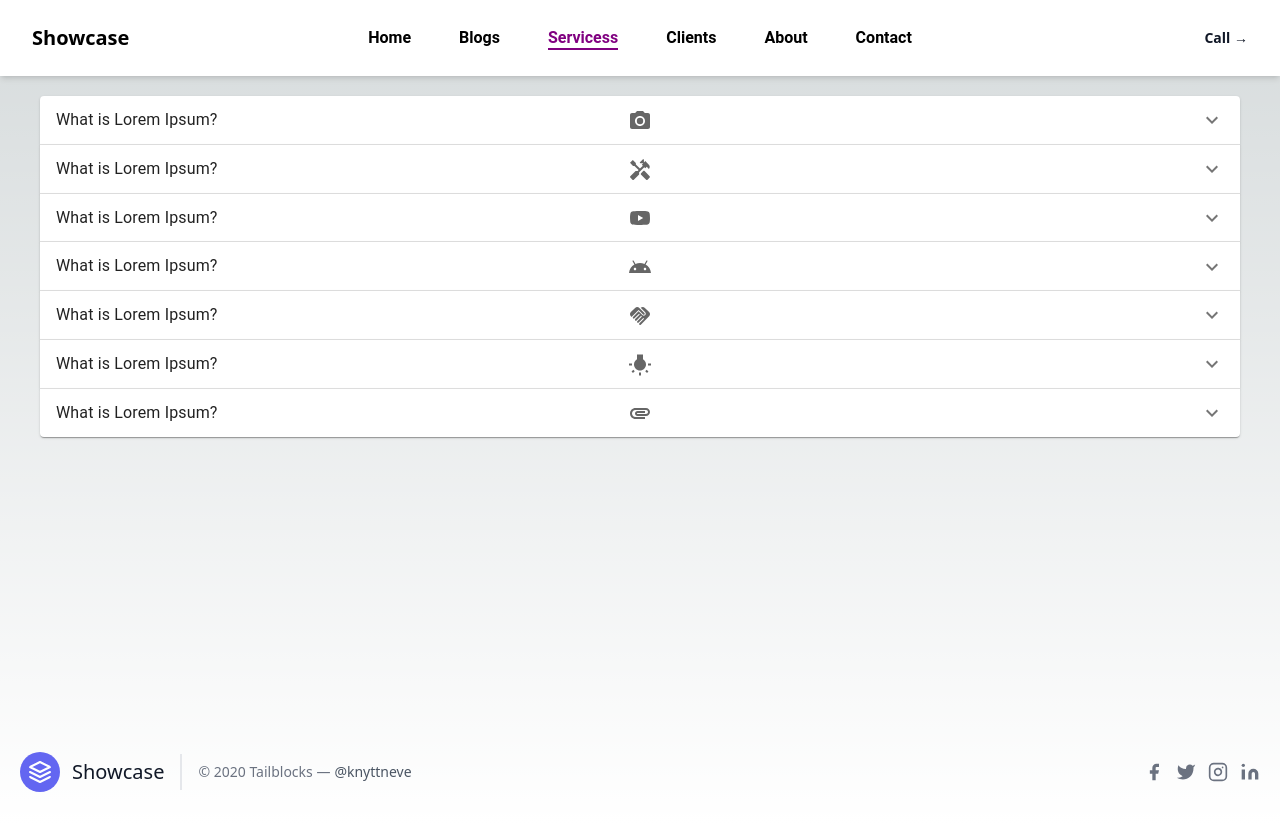
Repository: prashant523580/showcase
Page: /services
An editor plug-in stored every save of this project. The page is shown before and after the next save, followed by the edit.
The browser window is 1280 px wide. The pictures show the whole page.
The project was rebuilt for these pictures with package versions that can differ from the ones it lists, and the page was loaded fresh each time. The framework's server and built-in components were replaced by stand-ins that run in the browser. Also part of the build but not shown: next.config.js.

Above is the page before, as saved 2023-03-25 18:13:36.

### src/pages/_app.tsx
import Footer from '@/components/Footer'
import Navbar from '@/components/Navbar'
import React from "react";
import '@/styles/globals.css'
import type { AppProps } from 'next/app'
import AOS from "aos";
import "aos/dist/aos.css"
export default function App({ Component, pageProps }: AppProps) {
  React.useEffect(()=>{
      AOS.init()
  },[])
  return(
<>
    <Navbar/>
    <Component {...pageProps} />
    <Footer/>
</>
    )
}

### src/pages/services.tsx
import * as React from 'react';
import Accordion from '@mui/material/Accordion';
import AccordionDetails from '@mui/material/AccordionDetails';
import AccordionSummary from '@mui/material/AccordionSummary';
import Typography from '@mui/material/Typography';
import ExpandMoreIcon from '@mui/icons-material/ExpandMore';
import CameraAltIcon from '@mui/icons-material/CameraAlt';
import YouTubeIcon from '@mui/icons-material/YouTube';
import HandymanIcon from '@mui/icons-material/Handyman';
import AndroidIcon from '@mui/icons-material/Android';
import WbIncandescentIcon from '@mui/icons-material/WbIncandescent';
import HandshakeIcon from '@mui/icons-material/Handshake';
import AttachmentIcon from '@mui/icons-material/Attachment';
import htmlParser from "react-html-parser"
const services = [
    {
        id:"1",
        label: "What is Lorem Ipsum?",
        icon: <CameraAltIcon/>,
        description:"Lorem Ipsum is simply dummy text of the printing and typesetting industry. Lorem Ipsum has been the industry&apos;s standard dummy text ever since the 1500s, when an unknown printer took a galley of type and scrambled it to make a type specimen book. It has survived not only five centuries, but also the leap into electronic typesetting, remaining essentially unchanged. It was popularised in the 1960s with the release of Letraset sheets containing Lorem Ipsum passages, and more recently with desktop publishing software like Aldus PageMaker including versions of Lorem Ipsum."
    },
    {
        id:"2",
        label: "What is Lorem Ipsum?",
        icon:<HandymanIcon/>,
        description:"Lorem Ipsum is simply dummy text of the printing and typesetting industry. Lorem Ipsum has been the industry&apos;s standard dummy text ever since the 1500s, when an unknown printer took a galley of type and scrambled it to make a type specimen book. It has survived not only five centuries, but also the leap into electronic typesetting, remaining essentially unchanged. It was popularised in the 1960s with the release of Letraset sheets containing Lorem Ipsum passages, and more recently with desktop publishing software like Aldus PageMaker including versions of Lorem Ipsum."
    },
    {
        id:"3",
        label: "What is Lorem Ipsum?",
        icon:<YouTubeIcon/>,
        description:"Lorem Ipsum is simply dummy text of the printing and typesetting industry. Lorem Ipsum has been the industry&apos;s standard dummy text ever since the 1500s, when an unknown printer took a galley of type and scrambled it to make a type specimen book. It has survived not only five centuries, but also the leap into electronic typesetting, remaining essentially unchanged. It was popularised in the 1960s with the release of Letraset sheets containing Lorem Ipsum passages, and more recently with desktop publishing software like Aldus PageMaker including versions of Lorem Ipsum."
    },
    {
        id:"4",
        label: "What is Lorem Ipsum?",
        icon:<AndroidIcon/>,
        description:"Lorem Ipsum is simply dummy text of the printing and typesetting industry. Lorem Ipsum has been the industry&apos;s standard dummy text ever since the 1500s, when an unknown printer took a galley of type and scrambled it to make a type specimen book. It has survived not only five centuries, but also the leap into electronic typesetting, remaining essentially unchanged. It was popularised in the 1960s with the release of Letraset sheets containing Lorem Ipsum passages, and more recently with desktop publishing software like Aldus PageMaker including versions of Lorem Ipsum."
    },
    {
        id:"5",
        label: "What is Lorem Ipsum?",
        icon:<HandshakeIcon/>,
        description:"Lorem Ipsum is simply dummy text of the printing and typesetting industry. Lorem Ipsum has been the industry&apos;s standard dummy text ever since the 1500s, when an unknown printer took a galley of type and scrambled it to make a type specimen book. It has survived not only five centuries, but also the leap into electronic typesetting, remaining essentially unchanged. It was popularised in the 1960s with the release of Letraset sheets containing Lorem Ipsum passages, and more recently with desktop publishing software like Aldus PageMaker including versions of Lorem Ipsum."
    },
    {
        id:"6",
        label: "What is Lorem Ipsum?",
        icon:<WbIncandescentIcon/>,
        description:"Lorem Ipsum is simply dummy text of the printing and typesetting industry. Lorem Ipsum has been the industry&apos;s standard dummy text ever since the 1500s, when an unknown printer took a galley of type and scrambled it to make a type specimen book. It has survived not only five centuries, but also the leap into electronic typesetting, remaining essentially unchanged. It was popularised in the 1960s with the release of Letraset sheets containing Lorem Ipsum passages, and more recently with desktop publishing software like Aldus PageMaker including versions of Lorem Ipsum."
    },
    {
        id:"7",
        label: "What is Lorem Ipsum?",
        icon:<AttachmentIcon/>,
        description:"Lorem Ipsum is simply dummy text of the printing and typesetting industry. Lorem Ipsum has been the industry&apos;s standard dummy text ever since the 1500s, when an unknown printer took a galley of type and scrambled it to make a type specimen book. It has survived not only five centuries, but also the leap into electronic typesetting, remaining essentially unchanged. It was popularised in the 1960s with the release of Letraset sheets containing Lorem Ipsum passages, and more recently with desktop publishing software like Aldus PageMaker including versions of Lorem Ipsum."
    },
]
export default function Sercices() {
  const [expanded, setExpanded] = React.useState<string | false>(false);

  const handleChange =
    (panel: string) => (event: React.SyntheticEvent, isExpanded: boolean) => {
      setExpanded(isExpanded ? panel : false);
    };

  return (
    <div className='py-24 px-10 h-[100vh]'>
        {
            services.map((service,ind) => {
                return(

                <Accordion expanded={expanded === `panel${ind}`} onChange={handleChange(`panel${ind}`)}>
                    <AccordionSummary
                    expandIcon={<ExpandMoreIcon />}
                    aria-controls="panel1bh-content"
                    id="panel1bh-header"
                    >
                    <Typography sx={{ width: '50%', flexShrink: 0 }}>
                        {service.label}
                    </Typography>
                    <Typography sx={{ color: 'text.secondary' }}>{service.icon}</Typography>
                    </AccordionSummary>
                    <AccordionDetails>
                    <Typography>
                       {htmlParser(service.description)}
                    </Typography>
                    </AccordionDetails>
                </Accordion>
                )
            })
        }

    </div>
  );
}

### src/components/Footer.tsx
import React from 'react'

export default function Footer() {
  return (
    <footer className="text-gray-600 body-font">
  <div className="container px-5 py-8 mx-auto flex items-center sm:flex-row flex-col">
    <a className="flex title-font font-medium items-center md:justify-start justify-center text-gray-900">
      <svg xmlns="http://www.w3.org/2000/svg" fill="none" stroke="currentColor" stroke-linecap="round" stroke-linejoin="round" stroke-width="2" className="w-10 h-10 text-white p-2 bg-indigo-500 rounded-full" viewBox="0 0 24 24">
        <path d="M12 2L2 7l10 5 10-5-10-5zM2 17l10 5 10-5M2 12l10 5 10-5"></path>
      </svg>
      <span className="ml-3 text-xl">Showcase</span>
    </a>
    <p className="text-sm text-gray-500 sm:ml-4 sm:pl-4 sm:border-l-2 sm:border-gray-200 sm:py-2 sm:mt-0 mt-4">© 2020 Tailblocks —
      <a href="https://twitter.com/knyttneve" className="text-gray-600 ml-1" rel="noopener noreferrer" target="_blank">@knyttneve</a>
    </p>
    <span className="inline-flex sm:ml-auto sm:mt-0 mt-4 justify-center sm:justify-start">
      <a className="text-gray-500">
        <svg fill="currentColor" stroke-linecap="round" stroke-linejoin="round" stroke-width="2" className="w-5 h-5" viewBox="0 0 24 24">
          <path d="M18 2h-3a5 5 0 00-5 5v3H7v4h3v8h4v-8h3l1-4h-4V7a1 1 0 011-1h3z"></path>
        </svg>
      </a>
      <a className="ml-3 text-gray-500">
        <svg fill="currentColor" stroke-linecap="round" stroke-linejoin="round" stroke-width="2" className="w-5 h-5" viewBox="0 0 24 24">
          <path d="M23 3a10.9 10.9 0 01-3.14 1.53 4.48 4.48 0 00-7.86 3v1A10.66 10.66 0 013 4s-4 9 5 13a11.64 11.64 0 01-7 2c9 5 20 0 20-11.5a4.5 4.5 0 00-.08-.83A7.72 7.72 0 0023 3z"></path>
        </svg>
      </a>
      <a className="ml-3 text-gray-500">
        <svg fill="none" stroke="currentColor" stroke-linecap="round" stroke-linejoin="round" stroke-width="2" className="w-5 h-5" viewBox="0 0 24 24">
          <rect width="20" height="20" x="2" y="2" rx="5" ry="5"></rect>
          <path d="M16 11.37A4 4 0 1112.63 8 4 4 0 0116 11.37zm1.5-4.87h.01"></path>
        </svg>
      </a>
      <a className="ml-3 text-gray-500">
        <svg fill="currentColor" stroke="currentColor" stroke-linecap="round" stroke-linejoin="round" stroke-width="0" className="w-5 h-5" viewBox="0 0 24 24">
          <path stroke="none" d="M16 8a6 6 0 016 6v7h-4v-7a2 2 0 00-2-2 2 2 0 00-2 2v7h-4v-7a6 6 0 016-6zM2 9h4v12H2z"></path>
          <circle cx="4" cy="4" r="2" stroke="none"></circle>
        </svg>
      </a>
    </span>
  </div>
</footer>
  )
}

### src/components/Navbar.tsx
// import React from 'react'

// export default function Navbar() {
//   return (
//     <header className="text-gray-600 body-font">
//   <div className="container mx-auto flex flex-wrap p-5 flex-col md:flex-row items-center">
//     <nav className="flex lg:w-2/5 flex-wrap items-center text-base md:ml-auto">
//       <a className="mr-5 hover:text-gray-900">First Link</a>
//       <a className="mr-5 hover:text-gray-900">Second Link</a>
//       <a className="mr-5 hover:text-gray-900">Third Link</a>
//       <a className="hover:text-gray-900">Fourth Link</a>
//     </nav>
//     <a className="flex order-first lg:order-none lg:w-1/5 title-font font-medium items-center text-gray-900 lg:items-center lg:justify-center mb-4 md:mb-0">
//       <svg xmlns="http://www.w3.org/2000/svg" fill="none" stroke="currentColor" stroke-linecap="round" stroke-linejoin="round" stroke-width="2" className="w-10 h-10 text-white p-2 bg-indigo-500 rounded-full" viewBox="0 0 24 24">
//         <path d="M12 2L2 7l10 5 10-5-10-5zM2 17l10 5 10-5M2 12l10 5 10-5"></path>
//       </svg>
//       <span className="ml-3 text-xl">Tailblocks</span>
//     </a>
//     <div className="lg:w-2/5 inline-flex lg:justify-end ml-5 lg:ml-0">
//       <button className="inline-flex items-center bg-gray-100 border-0 py-1 px-3 focus:outline-none hover:bg-gray-200 rounded text-base mt-4 md:mt-0">Button
//         <svg fill="none" stroke="currentColor" stroke-linecap="round" stroke-linejoin="round" stroke-width="2" className="w-4 h-4 ml-1" viewBox="0 0 24 24">
//           <path d="M5 12h14M12 5l7 7-7 7"></path>
//         </svg>
//       </button>
//     </div>
//   </div>
// </header>
//   )
// }
import React, { useState } from 'react'
import {useRouter} from "next/router"
import { Dialog } from '@headlessui/react'
import { Bars3Icon, XMarkIcon } from '@heroicons/react/24/outline'
import Link from 'next/link'

const navigation = [
  { name: 'Home', href: '/' },
  { name: 'Blogs', href: '/blogs' },
  { name: 'Servicess', href: '/services' },
  { name: 'Clients', href: '/clients' },
  { name: 'About', href: '/about' },
  { name: 'Contact', href: '/contact' },
]
function ActiveLink({ children, href } : any) {
  const router = useRouter();
  const style = {
      // padding: 10,
    // marginRight: 10,
    fontWeight:"bold",
    color: router.asPath === href ? 'purple' : 'black',
    boxShadow:  router.asPath === href ? "inset 0 -2px 0 0 purple" : "none",
    fontFamily: "'Roboto', sans-serif",
  }

  const handleClick = (e : any) => {
    e.preventDefault()
    router.push(href)
  }

  return (
    <a href={href} onClick={handleClick} style={style}>
      {children}
    </a>
  )
}
export default function Example() {
  const [mobileMenuOpen, setMobileMenuOpen] = useState(false)

  return (
    <div className="bg-white">
      <header className="absolute shadow-md bg-white inset-x-0 top-0 z-50">
        <nav className="flex items-center justify-between p-6 lg:px-8" aria-label="Global">
          <div className="flex lg:flex-1">
            <Link href="/" className="-m-1.5 p-1.5">
              <span className="sr-only">Showcase</span>
              {/* <img
                className="h-8 w-auto"
                src="https://tailwindui.com/img/logos/mark.svg?color=indigo&shade=600"
                alt=""
              /> */}
              <h1 className='font-bold text-xl'>Showcase</h1>
            </Link>
          </div>
          <div className="flex lg:hidden">
            <button
              type="button"
              className="-m-2.5 inline-flex items-center justify-center rounded-md p-2.5 text-gray-700"
              onClick={() => setMobileMenuOpen(true)}
            >
              <span className="sr-only">Open main menu</span>
              <Bars3Icon className="h-6 w-6" aria-hidden="true" />
            </button>
          </div>
          <div className="hidden lg:flex lg:gap-x-12">
            {navigation.map((item) => (
              <ActiveLink key={item.name} href={item.href}>
                {item.name}
              </ActiveLink>
            ))}
          </div>
          <div className="hidden lg:flex lg:flex-1 lg:justify-end">
            <Link href="tel:+9779816514719" className="text-sm font-semibold leading-6 text-gray-900">
              Call <span aria-hidden="true">&rarr;</span>
            </Link>
          </div>
        </nav>
        <Dialog as="div" className="lg:hidden transition-all" open={mobileMenuOpen} onClose={setMobileMenuOpen}>
          <div className="fixed inset-0 z-50  transition-all" />
          <Dialog.Panel className="fixed transition-all inset-y-0 right-0 z-50 w-full overflow-y-auto bg-white px-6 py-6 sm:max-w-sm sm:ring-1 sm:ring-gray-900/10">
            <div className="flex items-center justify-between">
              <Link href="#" className="-m-1.5 p-1.5">
                <span className="sr-only">Showcase</span>
                <img
                  className="h-8 w-auto"
                  src="https://tailwindui.com/img/logos/mark.svg?color=indigo&shade=600"
                  alt=""
                />
              </Link>
              <button
                type="button"
                className="-m-2.5 rounded-md p-2.5 text-gray-700"
                onClick={() => setMobileMenuOpen(false)}
              >
                <span className="sr-only">Close menu</span>
                <XMarkIcon className="h-6 w-6" aria-hidden="true" />
              </button>
            </div>
            <div className="mt-6 flow-root">
              <div className="-my-6 divide-y divide-gray-500/10">
                <div className="space-y-2 py-6">
                  {navigation.map((item) => (
                    <Link
                      key={item.name}
                      href={item.href}
                      className="-mx-3 block rounded-lg py-2 px-3 text-base font-semibold leading-7 text-gray-900 hover:bg-gray-50"
                    >
                      {item.name}
                    </Link>
                  ))}
                </div>
                <div className="py-6">
                  <Link
                    href="#"
                    className="-mx-3 block rounded-lg py-2.5 px-3 text-base font-semibold leading-7 text-gray-900 hover:bg-gray-50"
                  >
                    Log in
                  </Link>
                </div>
              </div>
            </div>
          </Dialog.Panel>
        </Dialog>
      </header>


    </div>
  )
}

### src/styles/globals.css
@tailwind base;
@tailwind components;
@tailwind utilities;
@import url('https://fonts.googleapis.com/css2?family=Aclonica&family=Caveat&family=DM+Serif+Text&family=Oswald&family=Roboto&family=Vollkorn&display=swap');

:root {
  --max-width: 1100px;
  --border-radius: 12px;
  --font-mono: ui-monospace, Menlo, Monaco, 'Cascadia Mono', 'Segoe UI Mono',
    'Roboto Mono', 'Oxygen Mono', 'Ubuntu Monospace', 'Source Code Pro',
    'Fira Mono', 'Droid Sans Mono', 'Courier New', monospace;

  --foreground-rgb: 0, 0, 0;
  --background-start-rgb: 214, 219, 220;
  --background-end-rgb: 255, 255, 255;

  --primary-glow: conic-gradient(
    from 180deg at 50% 50%,
    #16abff33 0deg,
    #0885ff33 55deg,
    #54d6ff33 120deg,
    #0071ff33 160deg,
    transparent 360deg
  );
  --secondary-glow: radial-gradient(
    rgba(255, 255, 255, 1),
    rgba(255, 255, 255, 0)
  );

  --tile-start-rgb: 239, 245, 249;
  --tile-end-rgb: 228, 232, 233;
  --tile-border: conic-gradient(
    #00000080,
    #00000040,
    #00000030,
    #00000020,
    #00000010,
    #00000010,
    #00000080
  );

  --callout-rgb: 238, 240, 241;
  --callout-border-rgb: 172, 175, 176;
  --card-rgb: 180, 185, 188;
  --card-border-rgb: 131, 134, 135;
}

@media (prefers-color-scheme: dark) {
  :root {
    --foreground-rgb: 255, 255, 255;
    --background-start-rgb: 0, 0, 0;
    --background-end-rgb: 0, 0, 0;

    --primary-glow: radial-gradient(rgba(1, 65, 255, 0.4), rgba(1, 65, 255, 0));
    --secondary-glow: linear-gradient(
      to bottom right,
      rgba(1, 65, 255, 0),
      rgba(1, 65, 255, 0),
      rgba(1, 65, 255, 0.3)
    );

    --tile-start-rgb: 2, 13, 46;
    --tile-end-rgb: 2, 5, 19;
    --tile-border: conic-gradient(
      #ffffff80,
      #ffffff40,
      #ffffff30,
      #ffffff20,
      #ffffff10,
      #ffffff10,
      #ffffff80
    );

    --callout-rgb: 20, 20, 20;
    --callout-border-rgb: 108, 108, 108;
    --card-rgb: 100, 100, 100;
    --card-border-rgb: 200, 200, 200;
  }
}

* {
  box-sizing: border-box;
  padding: 0;
  margin: 0;
}

html,
body {
  max-width: 100vw;
  overflow-x: hidden;

}

body {
  color: rgb(var(--foreground-rgb));
  background: linear-gradient(
      to bottom,
      transparent,
      rgb(var(--background-end-rgb))
    )
    rgb(var(--background-start-rgb));
      /*
    font-family: 'Vollkorn', serif;
    font-family: 'Oswald', sans-serif;
    font-family: 'Aclonica', sans-serif;
    font-family: 'Caveat', cursive;
    font-family: 'DM Serif Text', serif;
    font-family: 'Roboto', sans-serif;
    */
}

a {
  color: inherit;
  text-decoration: none;
}

@media (prefers-color-scheme: dark) {
  html {
    color-scheme: dark;
  }
}

Loaded but not shown: src/pages/_document.tsx (common file); tailwind.config.js (common file)

After the next save:
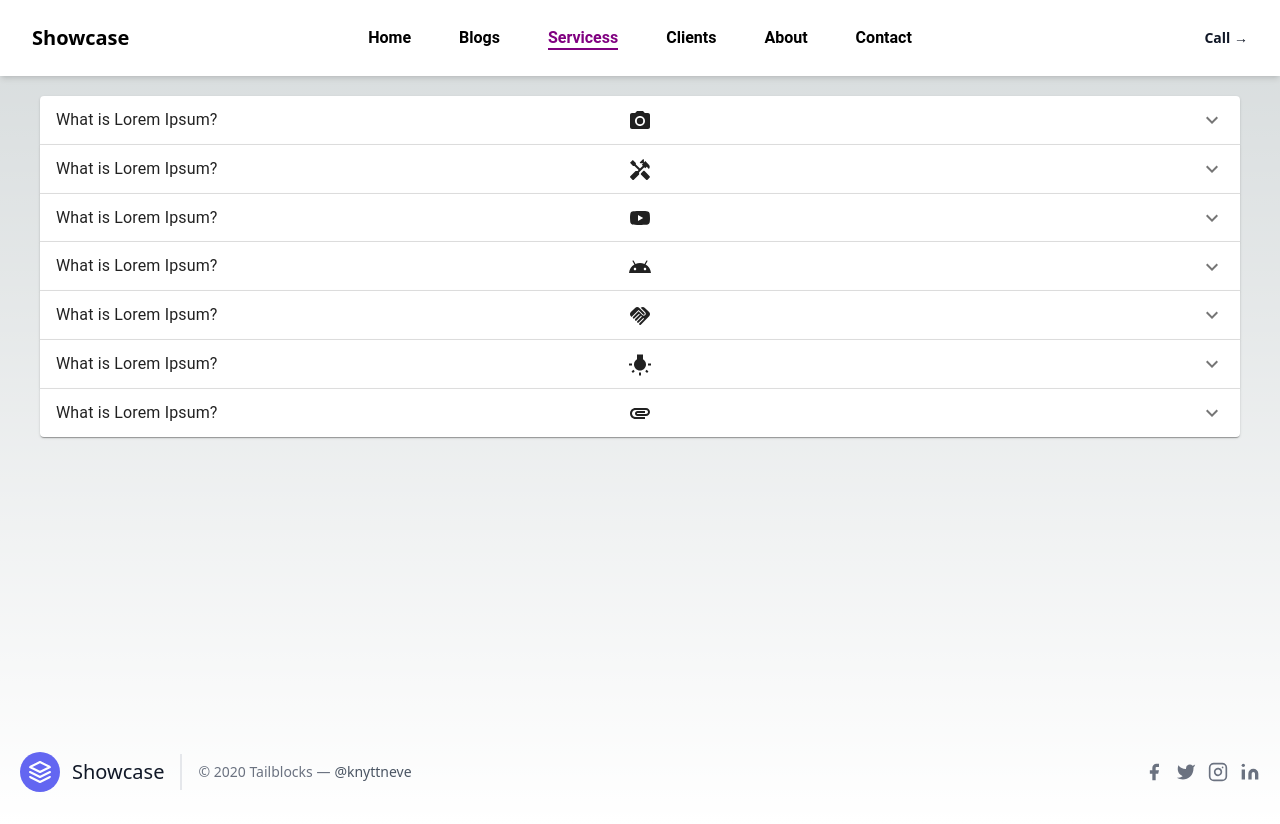
Saved 90 s later.
--- a/src/pages/services.tsx
+++ b/src/pages/services.tsx
@@ -79,7 +79,7 @@ export default function Sercices() {
                     <Typography sx={{ width: '50%', flexShrink: 0 }}>
                         {service.label}
                     </Typography>
-                    <Typography sx={{ color: 'text.secondary' }}>{service.icon}</Typography>
+                    <Typography sx={{ color: 'text.info' }}>{service.icon}</Typography>
                     </AccordionSummary>
                     <AccordionDetails>
                     <Typography>
